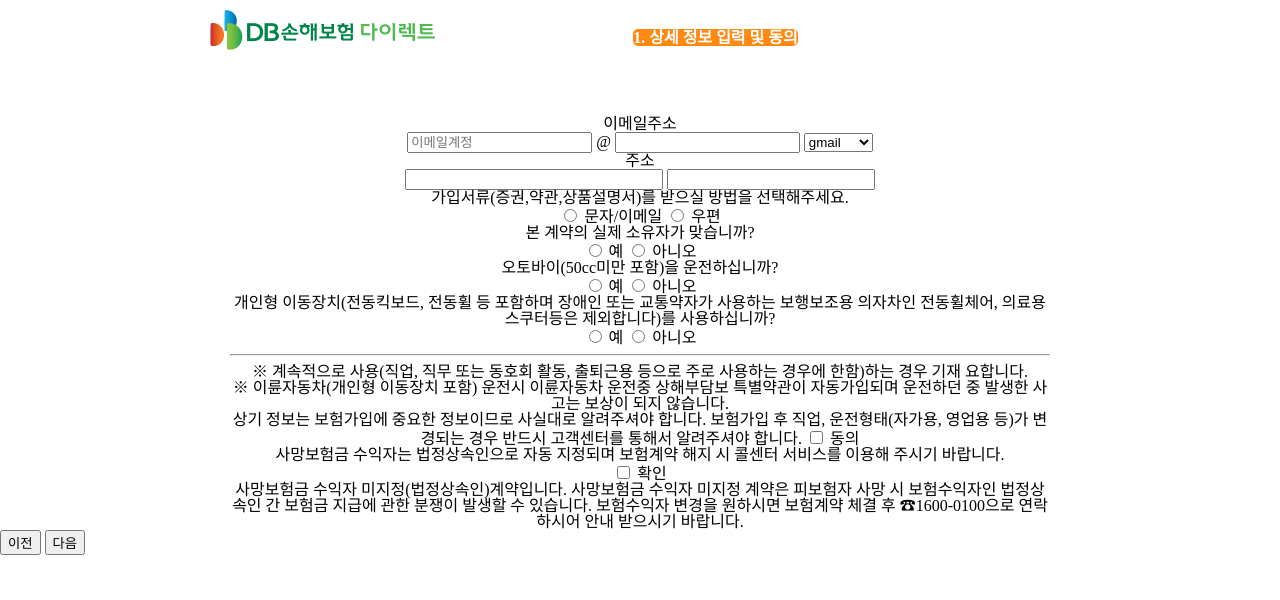
Repository: minho0324/directInsurance
Page: http://localhost/directClone/direct/details1
The author's editor kept a copy of each file at every save. The page is drawn from the files as they stood at one save, then again after the next save.
The browser window is 1280 px wide. The pictures show the whole page.
The page is served by Tomcat 9.

Above is the page before, as saved 2021-11-18 05:38:27.

After the next save:
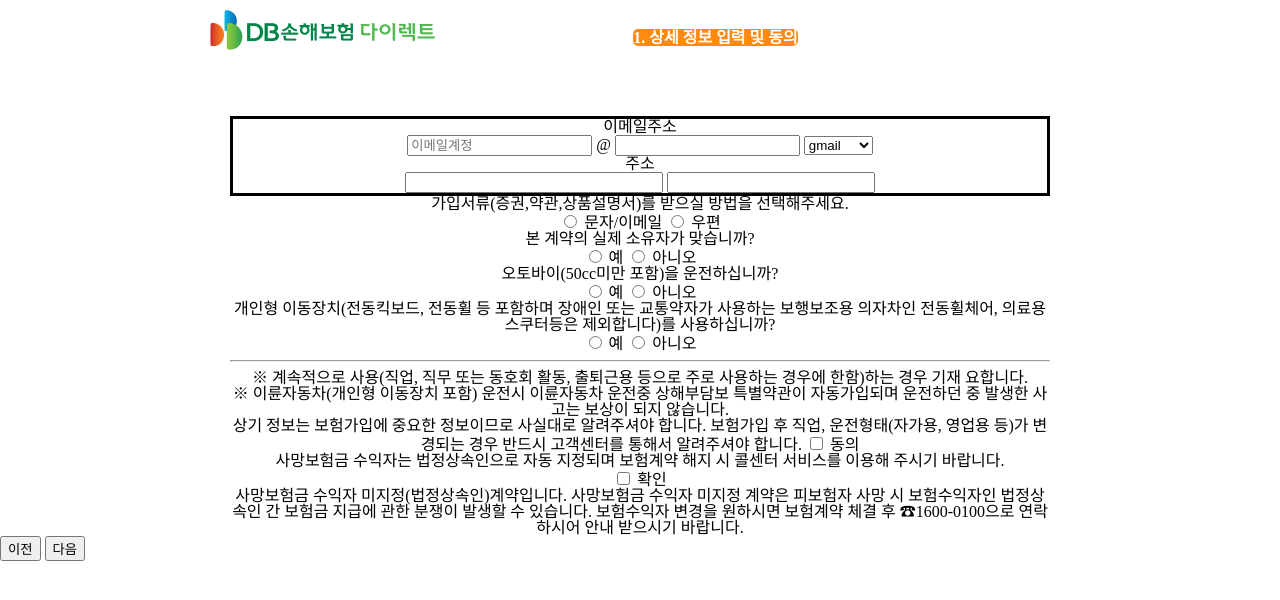
Saved 20 s later.
--- a/directClone/src/main/webapp/WEB-INF/views/details1.jsp
+++ b/directClone/src/main/webapp/WEB-INF/views/details1.jsp
@@ -81,7 +81,7 @@
 		height:100%;
 	}
 
-	.phone_email {
+	.phone_mail {
 		border:3px solid black;
 	}
 
